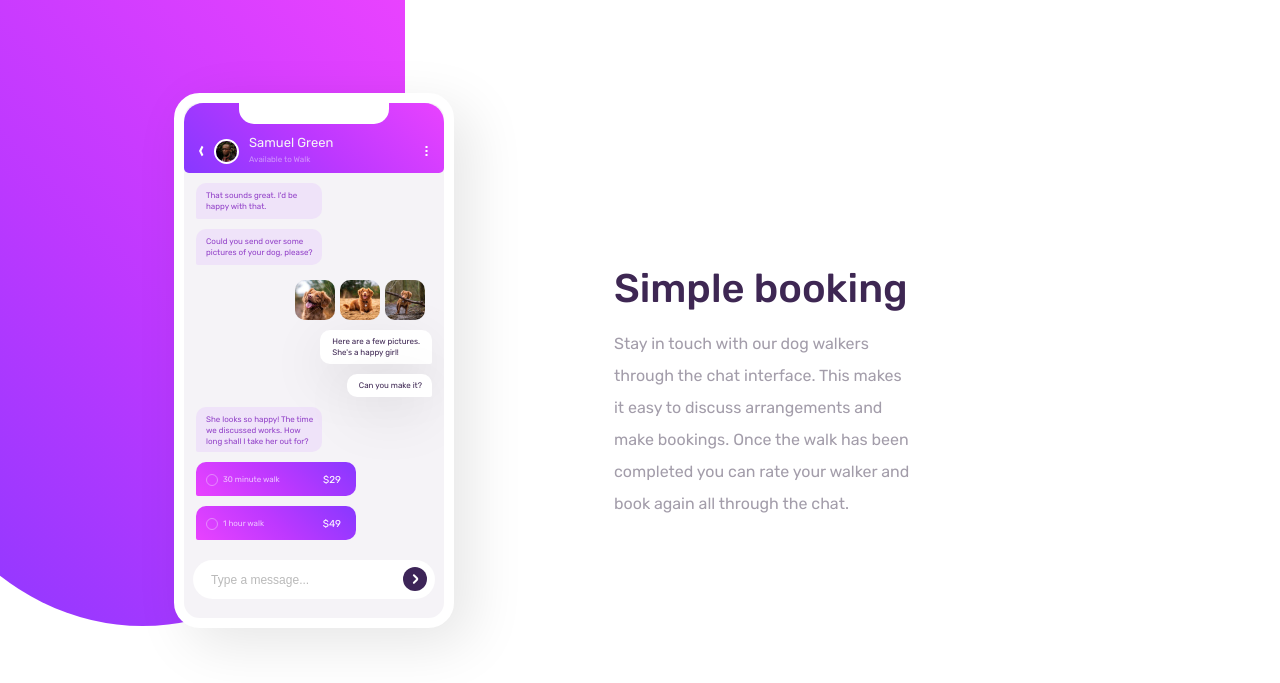
Repository: KamoliddinGIT/chat-app-css-illustration
Page: index.html
The author's editor kept a copy of each file at every save. The page is drawn from the files as they stood at one save, then again after the next save.
The browser window is 1280 px wide. The pictures show the whole page.

Above is the page before, as saved 2023-09-25 20:25:47.

After the next save:
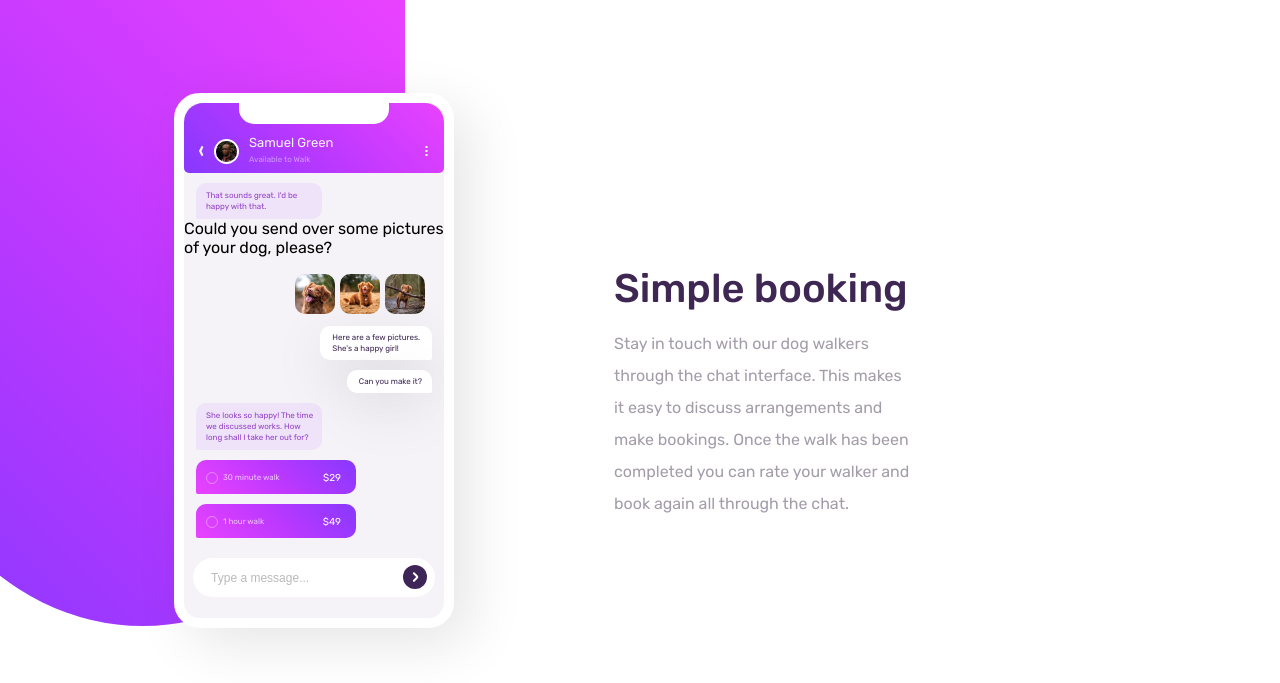
Saved 17 s later.
--- a/index.html
+++ b/index.html
@@ -43,7 +43,7 @@
           <div class="receive-message">
             That sounds great. I'd be happy with that.
           </div>
-          <div class="receive-message">
+          <div id="receive-message">
             Could you send over some pictures of your dog, please?
           </div>
           <div class="sent-photo">
